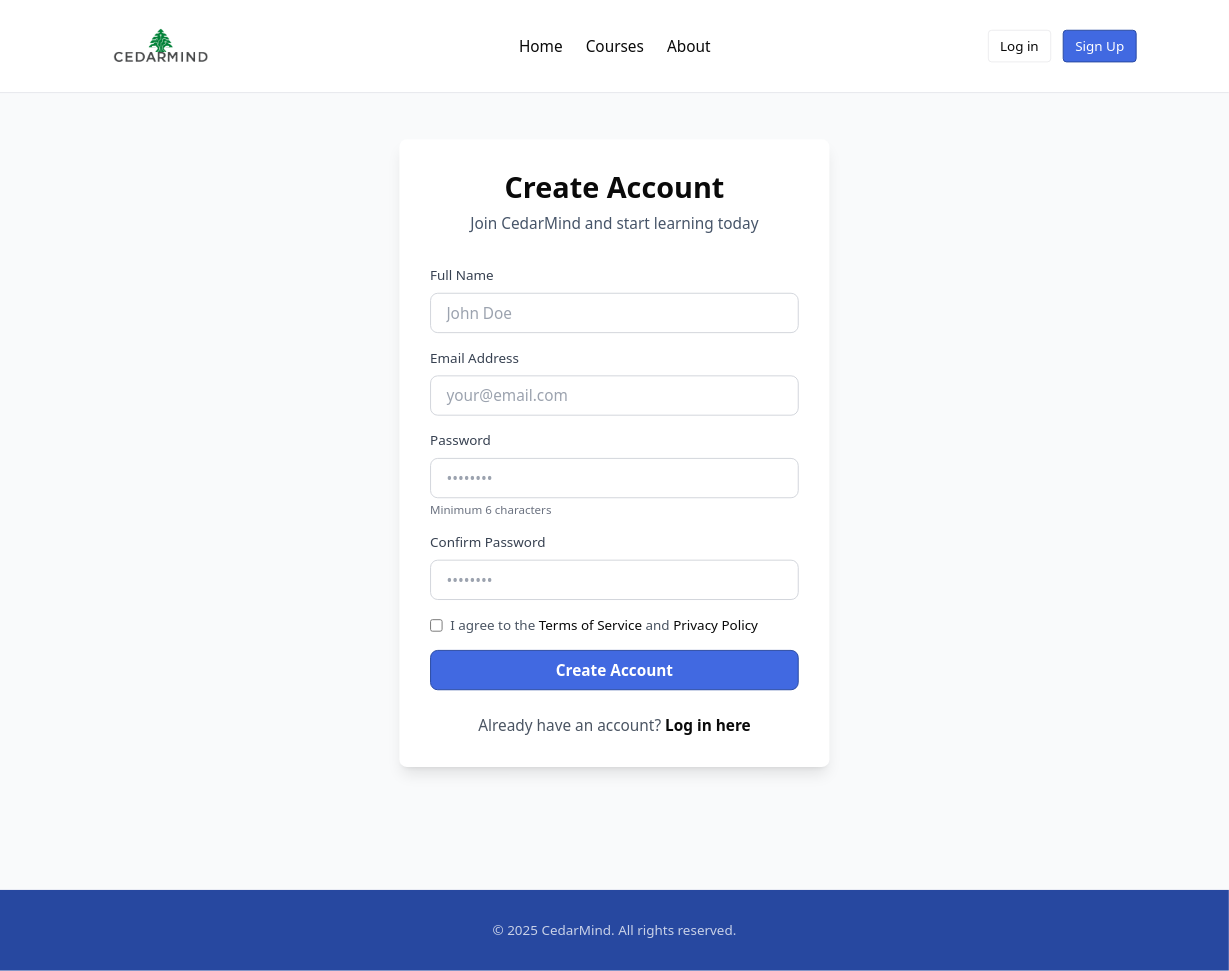
Repository: 1222aa/cedarmind
Page: http://localhost/signup.html
The author's editor kept a copy of each file at every save. The page is drawn from the files as they stood at one save, then again after the next save.
The browser window is 1280 px wide. The pictures show the whole page, at 96% of full size.
Some web libraries are served in a nearby version. The page is served by the project's Laravel application, run on PHP 8.4 with Laravel 12.

Above is the page before, as saved 2025-12-02 17:16:49.

### public/signup.html
<!DOCTYPE html>
<html lang="en">

<head>
  <meta charset="UTF-8" />
  <meta name="viewport" content="width=device-width, initial-scale=1.0" />

  <!-- Unified Font -->
  <link href="https://fonts.googleapis.com/css2?family=Inter:wght@300;400;500;600;700&display=swap" rel="stylesheet">

  <!-- Global Styles -->
  <link rel="stylesheet" href="./css/style.css">

  <!-- Optional: Icons -->
  <link rel="stylesheet" href="https://cdnjs.cloudflare.com/ajax/libs/font-awesome/6.5.0/css/all.min.css">
  <script src="https://cdn.tailwindcss.com"></script>
  <title>Sign Up - CedarMind</title>
</head>

<body class="bg-gray-50 text-gray-900 font-sans">

  <!-- Responsive Header / Navbar (Tailwind) -->
  <header class="bg-white border-b sticky top-0 z-50 bg-opacity-95 backdrop-blur-sm">
    <div class="max-w-6xl mx-auto px-4 sm:px-6 lg:px-8">
      <div class="flex items-center justify-between h-20 md:h-24">
        <div class="flex items-center">
          <a href="/" class="flex items-center">
            <img src="./image/logo.png" alt="CedarMind logo" class="h-16 md:h-20 lg:h-24 w-auto mr-3">
            <span class="sr-only">CedarMind</span>
          </a>
        </div>

        <!-- Desktop nav -->
        <nav class="hidden md:flex md:items-center md:space-x-6" aria-label="Primary">
          <a href="/" class="brand-link">Home</a>
          <a href="/#courses" class="brand-link">Courses</a>
          <a href="/#about" class="brand-link">About</a>
        </nav>

        <div class="hidden md:flex md:items-center md:space-x-3">
          <a href="login.html" class="brand-outline px-3 py-1.5 rounded text-sm">Log in</a>
          <a href="#" class="brand-cta px-3 py-1.5 rounded text-sm">Sign Up</a>
        </div>

        <!-- Mobile menu button -->
        <div class="md:hidden">
          <button id="nav-toggle" aria-controls="mobile-menu" aria-expanded="false" class="inline-flex items-center justify-center p-2 rounded-md text-gray-700 hover:bg-gray-100 focus:outline-none">
            <svg class="h-6 w-6" xmlns="http://www.w3.org/2000/svg" fill="none" viewBox="0 0 24 24" stroke="currentColor">
              <path stroke-linecap="round" stroke-linejoin="round" stroke-width="2" d="M4 6h16M4 12h16M4 18h16" />
            </svg>
          </button>
        </div>
      </div>
    </div>

    <!-- Mobile menu -->
    <div id="mobile-menu" class="md:hidden hidden">
      <div class="px-2 pt-2 pb-3 space-y-1 sm:px-3">
        <a href="/" class="brand-link-mobile block px-3 py-2 rounded-md text-base font-medium">Home</a>
        <a href="/#courses" class="brand-link-mobile block px-3 py-2 rounded-md text-base font-medium">Courses</a>
        <a href="/#about" class="brand-link-mobile block px-3 py-2 rounded-md text-base font-medium">About</a>
      </div>
      <div class="px-4 pb-4 flex items-center space-x-2">
        <a href="login.html" class="flex-1 text-center px-3 py-2 border rounded text-sm brand-link-mobile">Log in</a>
        <a href="#" class="flex-1 text-center px-3 py-2 brand-cta rounded text-sm">Sign Up</a>
      </div>
    </div>
  </header>

  <main class="min-h-screen flex items-center justify-center py-12 px-4">
    <div class="w-full max-w-md bg-white rounded-lg shadow-lg p-8">
      <div class="text-center mb-8">
        <h1 class="text-3xl font-bold brand-heading">Create Account</h1>
        <p class="text-slate-600 mt-2">Join CedarMind and start learning today</p>
      </div>

      <form id="signupForm" class="space-y-4">
        <!-- Full Name Input -->
        <div>
          <label for="name" class="block text-sm font-medium text-gray-700 mb-2">Full Name</label>
          <input type="text" id="name" name="name" required class="w-full px-4 py-2 border border-gray-300 rounded-lg focus:outline-none focus:ring-2 focus:ring-[var(--cedar)] focus:border-transparent" placeholder="John Doe">
        </div>

        <!-- Email Input -->
        <div>
          <label for="email" class="block text-sm font-medium text-gray-700 mb-2">Email Address</label>
          <input type="email" id="email" name="email" required class="w-full px-4 py-2 border border-gray-300 rounded-lg focus:outline-none focus:ring-2 focus:ring-[var(--cedar)] focus:border-transparent" placeholder="your@email.com">
        </div>

        <!-- Password Input -->
        <div>
          <label for="password" class="block text-sm font-medium text-gray-700 mb-2">Password</label>
          <input type="password" id="password" name="password" required class="w-full px-4 py-2 border border-gray-300 rounded-lg focus:outline-none focus:ring-2 focus:ring-[var(--cedar)] focus:border-transparent" placeholder="••••••••">
          <p class="text-xs text-gray-500 mt-1">Minimum 6 characters</p>
        </div>

        <!-- Confirm Password -->
        <div>
          <label for="confirmPassword" class="block text-sm font-medium text-gray-700 mb-2">Confirm Password</label>
          <input type="password" id="confirmPassword" name="confirmPassword" required class="w-full px-4 py-2 border border-gray-300 rounded-lg focus:outline-none focus:ring-2 focus:ring-[var(--cedar)] focus:border-transparent" placeholder="••••••••">
        </div>

        <!-- Terms Checkbox -->
        <label class="flex items-center text-sm">
          <input type="checkbox" id="terms" required class="rounded border-gray-300">
          <span class="ml-2 text-gray-600">I agree to the <a href="#" class="brand-link">Terms of Service</a> and <a href="#" class="brand-link">Privacy Policy</a></span>
        </label>

        <!-- Submit Button -->
        <button type="submit" class="w-full brand-cta px-4 py-2 rounded-lg font-semibold transition">Create Account</button>

        <!-- Error Message -->
        <div id="errorMessage" class="hidden bg-red-50 text-red-700 p-3 rounded-lg text-sm"></div>

        <!-- Success Message -->
        <div id="successMessage" class="hidden bg-green-50 text-green-700 p-3 rounded-lg text-sm"></div>
      </form>

      <!-- Log In Link -->
      <p class="text-center text-gray-600 mt-6">
        Already have an account? <a href="login.html" class="brand-link font-semibold">Log in here</a>
      </p>
    </div>
  </main>

  <!-- Footer -->
  <footer class="bg-[var(--cedar-dark)] text-white py-8 px-6 mt-20">
    <div class="max-w-6xl mx-auto text-center text-sm opacity-75">
      <p>&copy; 2025 CedarMind. All rights reserved.</p>
    </div>
  </footer>

  <script src="js/main.js"></script>
  <script>
    document.getElementById('signupForm').addEventListener('submit', function(e) {
      e.preventDefault();

      const name = document.getElementById('name').value;
      const email = document.getElementById('email').value;
      const password = document.getElementById('password').value;
      const confirmPassword = document.getElementById('confirmPassword').value;
      const errorDiv = document.getElementById('errorMessage');
      const successDiv = document.getElementById('successMessage');

      errorDiv.classList.add('hidden');
      successDiv.classList.add('hidden');

      // Validation
      if (password.length < 6) {
        errorDiv.textContent = 'Password must be at least 6 characters long.';
        errorDiv.classList.remove('hidden');
        return;
      }

      if (password !== confirmPassword) {
        errorDiv.textContent = 'Passwords do not match.';
        errorDiv.classList.remove('hidden');
        return;
      }

      // Get existing users
      const users = JSON.parse(localStorage.getItem('cedarmind_users') || '[]');

      // Check if email already exists
      if (users.find(u => u.email === email)) {
        errorDiv.textContent = 'An account with this email already exists.';
        errorDiv.classList.remove('hidden');
        return;
      }

      // Create new user
      const newUser = {
        id: Date.now(),
        name: name,
        email: email,
        password: password,
        createdAt: new Date().toISOString()
      };

      users.push(newUser);
      localStorage.setItem('cedarmind_users', JSON.stringify(users));

      // Log in the new user
      localStorage.setItem('cedarmind_current_user', JSON.stringify({
        id: newUser.id,
        email: newUser.email,
        name: newUser.name
      }));

      successDiv.textContent = 'Account created successfully! Redirecting to courses...';
      successDiv.classList.remove('hidden');

      setTimeout(() => {
        window.location.href = 'courses.html';
      }, 1500);
    });
  </script>
</body>

</html>

### public/css/style.css


/* Header styling moved to Tailwind utilities in index.html. */

/* Keep any existing custom focus styles if desired */
.nav-links a:focus, .btn:focus { outline: 3px solid rgba(14,165,164,0.18); outline-offset: 2px; }

/* Cedar color palette variables (requested) */
:root {
	--cedar: #4169E1;
	--cedar-light: #88A6FF;
	--cedar-dark: #2748A0;
	--text-main: #0A0A0A;
	--background-main: #f9fafb;
    --white: #ffffff;
}

/* Apply palette to core elements */
body { background-color: var(--background-main); color: var(--white); }


/* Logo color follows cedar */
.logo-link { color: var(--cedar); }
@media (prefers-color-scheme: dark) {
    .logo-link { color: #ffffff; }
}

/* Brand utility classes (use these in HTML to apply the cedar palette) */
.brand-link { color: var(--text-main); transition: color .15s ease; }
.brand-link:hover, .brand-link:focus { color: var(--cedar-light); }

.brand-cta { background: var(--cedar); color: #ffffff; border: 1px solid var(--cedar-dark); }
.brand-cta:hover, .brand-cta:focus { background: var(--cedar-dark); }

.brand-outline { color: var(--text-main); background: transparent; border: 1px solid rgba(15,23,42,0.08); }
.brand-outline:hover, .brand-outline:focus { background: rgba(47,168,106,0.06); }

.brand-heading { color: var(--text-main); }

.brand-link-mobile { color: var(--text-main); }
.brand-link-mobile:hover { background: rgba(47,168,106,0.06); }

/* Make form elements and other interactive bits follow brand when reasonable */
button, input[type="submit"], .btn { font-family: inherit; }

/* Hero-specific styles */
.hero { position: relative; }
.hero-bg svg { display: block; width: 100%; height: 100%; object-fit: cover; }
.brand-heading { color: var(--text-main); }

/* Ensure text placed over colored backgrounds (like the hero) is readable */
.hero, .hero h1, .hero h2, .hero p, .hero a, .hero .brand-heading { color: var(--white); }
.hero p { color: rgba(255,255,255,0.92); }

/* Buttons/links when shown on the colored hero background */
.hero .brand-outline { color: var(--white); border-color: rgba(255,255,255,0.22); }
.hero .brand-outline:hover, .hero .brand-outline:focus { background: rgba(255,255,255,0.06); }
.hero .brand-cta { background: var(--white); color: var(--cedar-dark); border-color: rgba(255,255,255,0.08); }
.hero .brand-cta:hover, .hero .brand-cta:focus { background: #ffffff; filter: brightness(.98); }

### public/js/main.js
 // Toggle mobile menu (uses Tailwind `hidden` class)
    (function() {
      const btn = document.getElementById('nav-toggle');
      const menu = document.getElementById('mobile-menu');

      if (!btn || !menu) return;

      btn.addEventListener('click', function(e) {
        const expanded = this.getAttribute('aria-expanded') === 'true';
        this.setAttribute('aria-expanded', (!expanded).toString());
        menu.classList.toggle('hidden');
      });

      // Close when clicking outside
      document.addEventListener('click', (e) => {
        if (!menu.contains(e.target) && !btn.contains(e.target)) {
          if (!menu.classList.contains('hidden')) {
            menu.classList.add('hidden');
            btn.setAttribute('aria-expanded', 'false');
          }
        }
      });
    })();

After the next save:
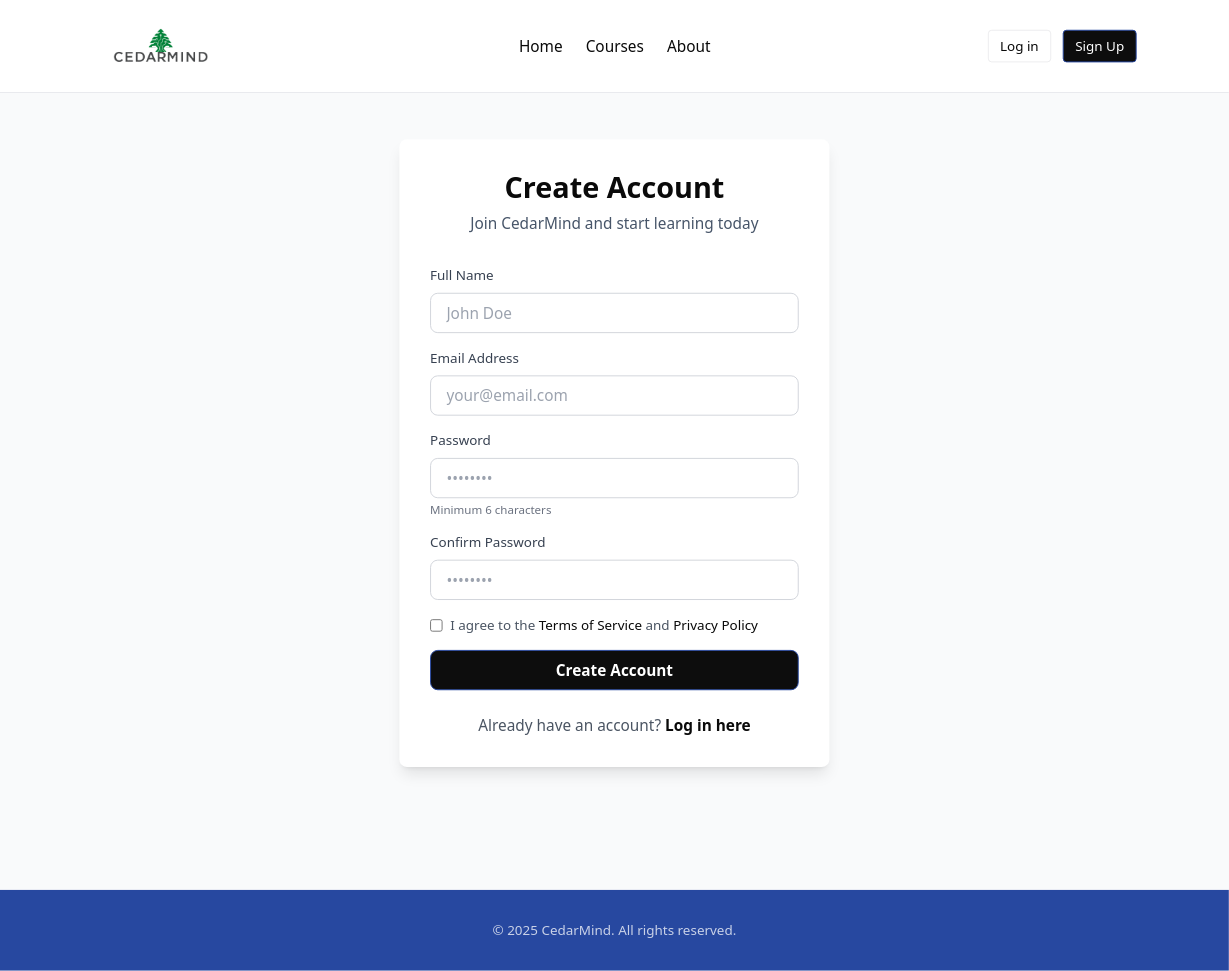
Saved 12 min 37 s later.
--- a/public/css/style.css
+++ b/public/css/style.css
@@ -7,7 +7,7 @@
 
 /* Cedar color palette variables (requested) */
 :root {
-	--cedar: #4169E1;
+	--cedar: #0d0d0d;
 	--cedar-light: #88A6FF;
 	--cedar-dark: #2748A0;
 	--text-main: #0A0A0A;
